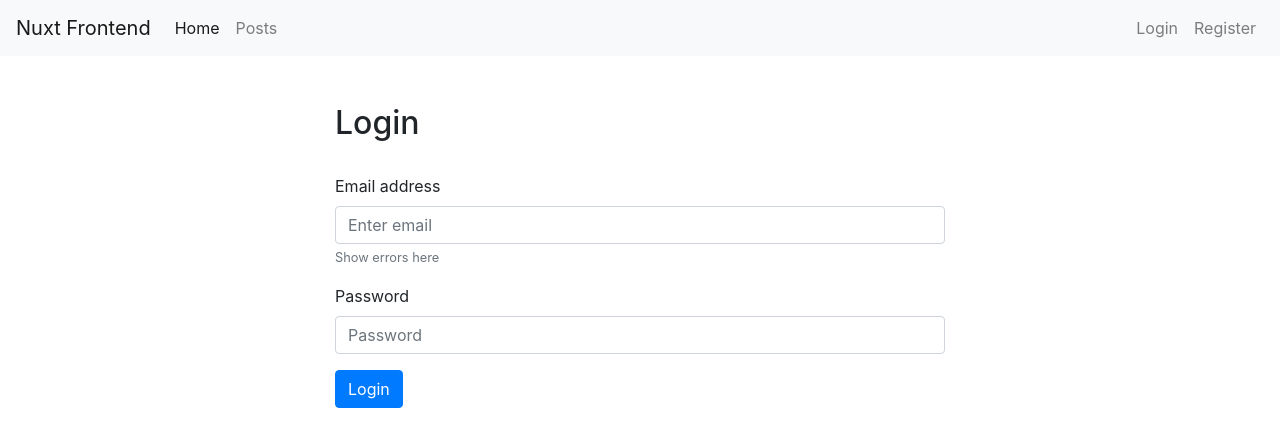
Repository: kazu62/lara-nuxt-front
Page: /login
An editor plug-in stored every save of this project. The page is shown before and after the next save, followed by the edit.
The browser window is 1280 px wide. The pictures show the whole page.
The project was rebuilt for these pictures with package versions that can differ from the ones it lists, and the page was loaded fresh each time. The framework's server and built-in components were replaced by stand-ins that run in the browser. Also part of the build but not shown: nuxt.config.js.

Above is the page before, as saved 2018-11-26 23:21:22.

After the next save:
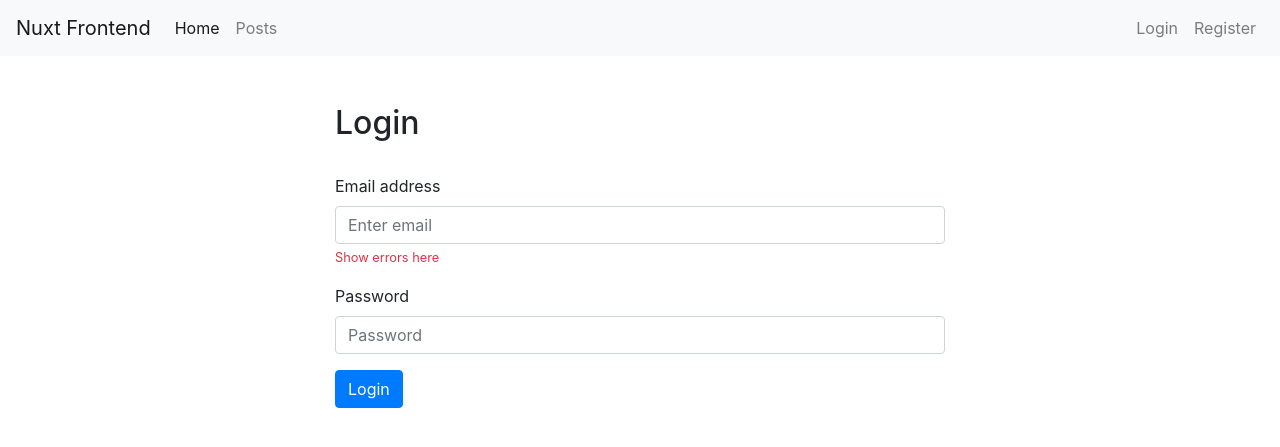
Saved 7 s later.
--- a/pages/login.vue
+++ b/pages/login.vue
@@ -6,7 +6,7 @@
       <div class="form-group">
         <label>Email address</label>
         <input type="email" class="form-control" placeholder="Enter email">
-        <small class="form-text text-muted">Show errors here</small>
+        <small class="form-text text-danger">Show errors here</small>
       </div>
       <div class="form-group">
         <label>Password</label>
